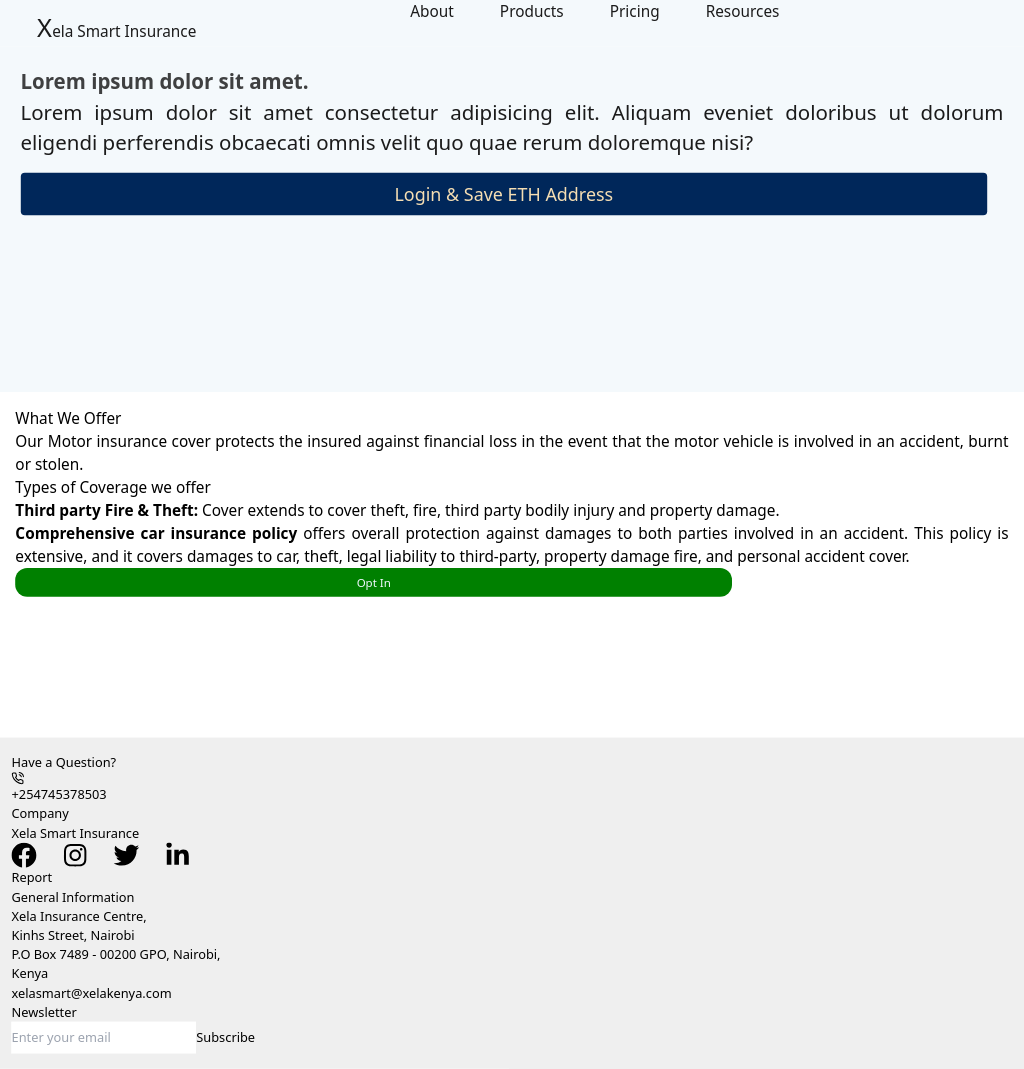
Repository: ALVIN-OBONYO/Xela-smart_insuarance
Page: / (app in frontend/)
The author's editor kept a copy of each file at every save. The page is drawn from the files as they stood at one save, then again after the next save.
The browser window is 1280 px wide. The pictures show the whole page, at 80% of full size.
The project was rebuilt for these pictures with package versions that can differ from the ones it lists, and the page was loaded fresh each time. Also part of the build but not shown: frontend/src/Components/Table.js, frontend/src/Pages/Policies.jsx, frontend/src/Components/Calendar.css, frontend/src/Components/Calendar.jsx, frontend/src/Components/Input.js, frontend/src/Components/Upload.css, frontend/src/Components/Upload.js, frontend/src/Pages/ReportForm.jsx and 3 more.

Above is the page before, as saved 2022-10-02 16:28:53.

### frontend/public/index.html
<!DOCTYPE html>
<html lang="en">
  <head>
    <meta charset="utf-8" />
    <link rel="icon" href="%PUBLIC_URL%/favicon.ico" />
    <meta name="viewport" content="width=device-width, initial-scale=1" />
    <meta name="theme-color" content="#000000" />
    <meta
      name="description"
      content="Web site created using create-react-app"
    />
    <link rel="apple-touch-icon" href="%PUBLIC_URL%/logo192.png" />
    <!--
      manifest.json provides metadata used when your web app is installed on a
      user's mobile device or desktop. See https://developers.google.com/web/fundamentals/web-app-manifest/
    -->
    <link rel="manifest" href="%PUBLIC_URL%/manifest.json" />
    <!--
      Notice the use of %PUBLIC_URL% in the tags above.
      It will be replaced with the URL of the `public` folder during the build.
      Only files inside the `public` folder can be referenced from the HTML.

      Unlike "/favicon.ico" or "favicon.ico", "%PUBLIC_URL%/favicon.ico" will
      work correctly both with client-side routing and a non-root public URL.
      Learn how to configure a non-root public URL by running `npm run build`.
    -->
    <title>React App</title>
  </head>
  <body>
    <noscript>You need to enable JavaScript to run this app.</noscript>
    <link
    href="https://unpkg.com/tailwindcss@^1.0/dist/tailwind.min.css"
    rel="stylesheet"
  />
  <script
    src="https://cdnjs.cloudflare.com/ajax/libs/web3/1.6.1/web3.min.js"
    integrity="sha512-5erpERW8MxcHDF7Xea9eBQPiRtxbse70pFcaHJuOhdEBQeAxGQjUwgJbuBDWve+xP/u5IoJbKjyJk50qCnMD7A=="
    crossorigin="anonymous"
    referrerpolicy="no-referrer"
  ></script>
    <div id="root"></div>
    <!--
      This HTML file is a template.
      If you open it directly in the browser, you will see an empty page.

      You can add webfonts, meta tags, or analytics to this file.
      The build step will place the bundled scripts into the <body> tag.

      To begin the development, run `npm start` or `yarn start`.
      To create a production bundle, use `npm run build` or `yarn build`.
    -->
  </body>
</html>

### frontend/src/index.js
import React from 'react';
import ReactDOM from 'react-dom/client';
import './index.css';
import App from './App';
import reportWebVitals from './reportWebVitals';
import { BrowserRouter } from 'react-router-dom';
const root = ReactDOM.createRoot(document.getElementById('root'));
root.render(
  <React.StrictMode>
     <BrowserRouter>
       <App />
    </BrowserRouter>
  </React.StrictMode>
);

// If you want to start measuring performance in your app, pass a function
// to log results (for example: reportWebVitals(console.log))
// or send to an analytics endpoint. Learn more: https://bit.ly/CRA-vitals
reportWebVitals();

### frontend/src/App.jsx
import './App.css';
import RoutePages from './Components/RoutePages';

function App() {
  return (
    <div className="App">
      <RoutePages/>
    </div>
  );
}

export default App;

### frontend/src/Components/RoutePages.jsx
import React from 'react'
import { Routes, Route} from 'react-router-dom'
import EntryPage from '../Pages/Entrypage'
import PolicyMaker from '../Pages/Policies'
import ReportForm from '../Pages/ReportForm'
import Report from '../Pages/Report'
import ReportInfo from '../Pages/ReportInfo'
import FormPagination from './FormPagination'
const RoutePages = () => {
    return (


   <Routes>

    <Route exact path="/" element={<EntryPage />} />
    <Route path="policy" element={<PolicyMaker />} />

    <Route path="report/2" element={<ReportForm/> } />
    <Route path="report/1" element={<ReportInfo />} />
    <Route path="report/*" element={<FormPagination />} />

   </Routes>


    )
}

export default RoutePages

### frontend/src/Pages/Entrypage.jsx
import React, {useState, useRef} from 'react'
import "../Components/Navbar.css"
import { FaTimes, FaBars, FaInstagram, FaTwitter, FaLinkedinIn, FaFacebook, } from 'react-icons/fa'
import {FiPhoneCall} from 'react-icons/fi'
import { Link} from 'react-router-dom'
import { loginWithEth } from '../Services/LoginWithEth'
import { truncateAddress } from '../Services/TruncateAddress'
import Web3 from 'web3'
import { getContractSymbol } from '../Services/Contract'
const Entrypage = () => {
        const [navButton, setNavButton] = useState(false)
        const [policy, setPolicy] = useState("")
        const switchNavState = () => setNavButton(!navButton)
        const buttonLogout = useRef(null)
        const yourAddress = useRef()
        window.userAddress = null

        window.onload = async () => {
            if (window.ethereum) {
                window.web3 = new Web3(window.ethereum)
            } else {
                alert("No ETH browser extension detected.")
            }
        }

        function showAddress() {
          if (!window.userAddress) {
            yourAddress.current.innerText = ""
            buttonLogout.current.classList.add("hidden")
             return false
        }

        yourAddress.innerText = `ETH Address: ${truncateAddress(window.userAddress)}`
        buttonLogout.classList.remove("hidden")
    }

         function logout() {
            window.userAddress = null
            window.localStorage.removeItem(buttonLogout)
            showAddress()
}

    return (
        <>
        <nav>
        <h1 className='brand'><span className='X'>X</span>ela Smart Insurance</h1>
        <div className='toogleNav' onClick={switchNavState} >{navButton ?
        <div id="bars">

            <FaBars size="2.5em"/>
            </div> :
            <div className = "navflex">
            <div id="times">
                <FaTimes />
                </div>
            <h4>About</h4>
            <h4>Products</h4>
            <h4>Pricing</h4>
            <h4>Resources</h4>
            </div>

}
        </div>
        <div className='nav-section'>
            <h4>About</h4>
            <h4>Products</h4>
            <h4>Pricing</h4>
            <h4>Resources</h4>
        </div>
        </nav>
        <section className="top-descr" id='top'>
            <h3 id="top-h3">Lorem ipsum dolor sit amet.</h3>
            <p id="top-pg">Lorem ipsum dolor sit amet consectetur adipisicing elit. Aliquam eveniet doloribus ut dolorum eligendi perferendis obcaecati omnis velit quo quae rerum doloremque nisi?</p>
            <div id="policy-sec">

            <button id="btn-policy" onClick={loginWithEth}>Login & Save ETH Address
                </button>
                <p id="userAddress" class="text-gray-600" ref={yourAddress}></p>
                <button id="logoutButton" onClick={logout} class="hidden text-blue-500 underline" ref={buttonLogout}>Logout</button>
                           </div>
        </section>
        <div className='about-descr' id="descr">
            <h3>What We Offer</h3>
            <p>
            Our Motor insurance cover protects the insured against financial loss in the event that the motor vehicle is involved in an accident, burnt or stolen.</p>
            <h4>Types of Coverage we offer</h4>
            <p>


<b>Third party Fire & Theft:</b> Cover extends to cover theft, fire, third party bodily injury and property damage.
</p>
<p>
<b>Comprehensive car insurance policy</b> offers overall protection against damages to both parties involved in an accident. This policy is extensive, and it covers damages to car, theft, legal liability to third-party, property damage fire, and personal accident cover.
            </p>
            <Link to="/policy"><button id="buy-policy" onClick={getContractSymbol}>Opt In</button></Link>
        </div>
        <div id="footer">
            <div>
            <h2>Have a Question?</h2>
             <h3><FiPhoneCall /> +254745378503</h3>
             <h2>Company</h2>
             <h3>Xela Smart Insurance</h3>
             <div id="social-icons">
               <FaFacebook size="2em"/>
               <FaInstagram size="2em"/>
               <FaTwitter size="2em"/>
               <FaLinkedinIn size="2em"/>
             </div>
             <div>
                <Link to="/report/1">Report</Link>
                <h2>General Information</h2>
                <h4>Xela Insurance Centre,</h4>
                <h4>Kinhs Street, Nairobi</h4>
                <h4>P.O Box 7489 - 00200 GPO, Nairobi,</h4>
                <h4>Kenya</h4>
                <h4>xelasmart@xelakenya.com</h4>
                <h2>Newsletter</h2>
                <input type="text" placeholder="Enter your email" />
                <button>Subscribe</button>
             </div>
            </div>
        </div>
        </>
    )
}

export default Entrypage

### frontend/src/Components/Navbar.css
nav {
    width: 100vw;
    display: flex;
    justify-content: flex-start;
    align-items: flex-start;
}

.brand {
    flex-grow: 1;
    text-align: start;
    padding-left: 2.9rem;
    margin-top: 0.6rem;
    font-size: 1.2rem;
}

.X {
    font-size: 2rem;

}
.nav-section {
    display: flex;
    flex-grow: 1;
    gap: 3em;
    font-size: 1.2rem;
    padding-right: 2em;
    justify-content: flex-start;
    align-items: center;
}
.top-descr, .about-descr  {
    margin-top: 0;
    padding: 1em;
    text-align: justify;
    font-size: 1.6rem;
    height: 60vh;

}

#descr {
    font-size: 1.2rem;
}

#top-h3 {
    font-weight: 700;
    color: rgba(27, 27, 27, 0.836);
}
#top, nav {
    background-color: rgb(244, 249, 252);
    color: rgb(27, 27, 27);
}
#top-pg {

    font-size: 1.6rem;
}
#policy-sec {
    display: flex;
    gap: 0.8em;

}
input[type=text] {
    flex-grow: 1;
    height: 2.5em;
}
#btn-policy {
    background-color: rgb(0, 39, 90);
    flex-grow: 1;
    color: wheat;
    border: none;
    margin-top: 0.8em;
    border-radius: 5px;
    padding: 0.6rem;
    font-size: 1.4rem;
    font-weight: 500;

}
#buy-policy {
    width: 70vw;
    height: 2.5em;
    border: none;
    background-color: #008000;
    color:aliceblue;
    font-size: 0.9rem;
    border-radius: 15px;
}
#social-icons {
    display: flex;
    gap: 2em;
}
#footer {
    background-color: rgba(128, 128, 128, 0.13);
    text-align: start;
    padding: 1.2em  0.9em;
}

.navflex {
    display: flex;
    flex-direction: column;
    justify-content: center;
    align-items: center;
    gap: 2em;
    background-color: rgba(19, 20, 27, 0.918);
    color: white;
    width: 100vw;
    height: 100vh;
    right: 0;
    top: 0;
    position: absolute;
    text-transform: uppercase;
    /* animation-name: ${navanim}; */
}
@media screen and (max-width: 600px){
   .nav-section {

      display: none;
   }


}

@media screen and (min-width: 600px){
    .toogleNav {
        display: none;
        padding: 1.3em;
    }
}

### frontend/src/Services/LoginWithEth.js
import { showAddress } from "./showAddress";
export async function loginWithEth() {
    if (window.web3) {
        try {
            const selectedAccount = await window.ethereum.request({
                method: "eth_requestAccounts"
            })
            .then((accounts) => accounts[0])
            .catch(() => {
                throw Error("No account selected!")
            })

          window.userAddress = selectedAccount;
          window.localStorage.setItem("userAddress", selectedAccount);
          showAddress()
        }
        catch (error) {
            console.error(error)
        }
    } else {
        alert("No ETH browser extension detected.");
    }
}

### frontend/src/Services/TruncateAddress.js
export function truncateAddress(address) {
    if (!address) {
        return "";
    }
    return `${address.substr(0, 5)}...${address.substr(
        address.length - 5,
        address.length
      )}`;
}

### frontend/src/Services/Contract.js
window.ABI = require('./contract-abi.json')
export async function getContractSymbol() {
    const CONTRACT_ADDRESS = "0x1A5b30a61CED9B4D9c209E7F1d2fbD38657f8EB1"

    const contract = new window.web3.eth.Contact(
        window.ABI,
        CONTRACT_ADDRESS
    )

    const symbol = await contract.methods.symbol().call({
        from: window.userAddress    })

    alert(`Contract ${CONTRACT_ADDRESS} Symbol: ${symbol}`);
}

Loaded but not shown: frontend/src/index.css (common file); frontend/src/reportWebVitals.js (common file); frontend/src/App.css (common file); frontend/src/Services/contract-abi.json (501 lines, source omitted); frontend/src/Services/showAddress.js (no stored copy; drawn as an empty file)

After the next save:
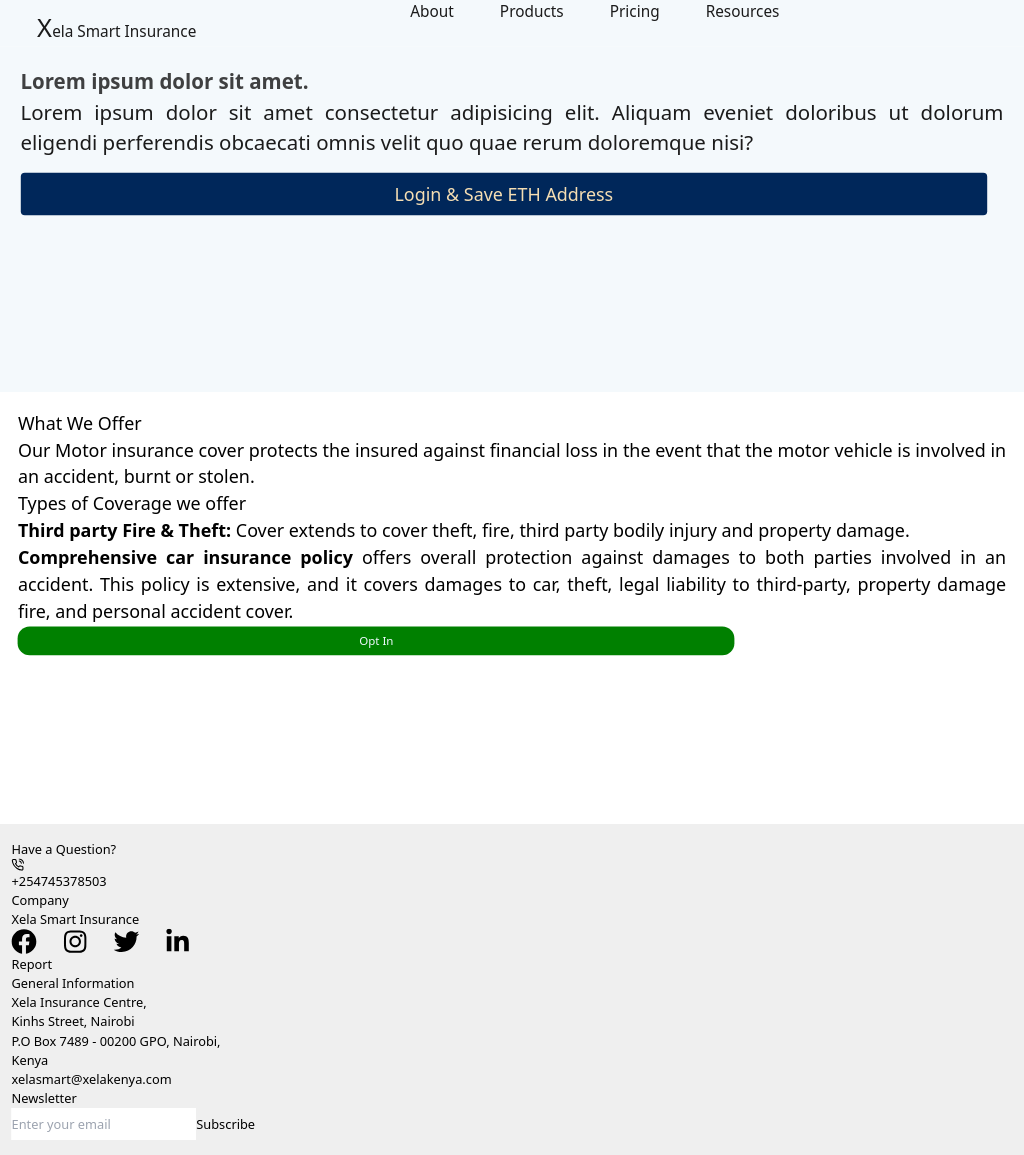
Saved 27 min 52 s later.
--- a/frontend/src/Components/Navbar.css
+++ b/frontend/src/Components/Navbar.css
@@ -36,7 +36,8 @@ nav {
 }
 
 #descr {
-    font-size: 1.2rem;
+    font-size: 1.4rem;
+    height: 75vh;
 }
 
 #top-h3 {
